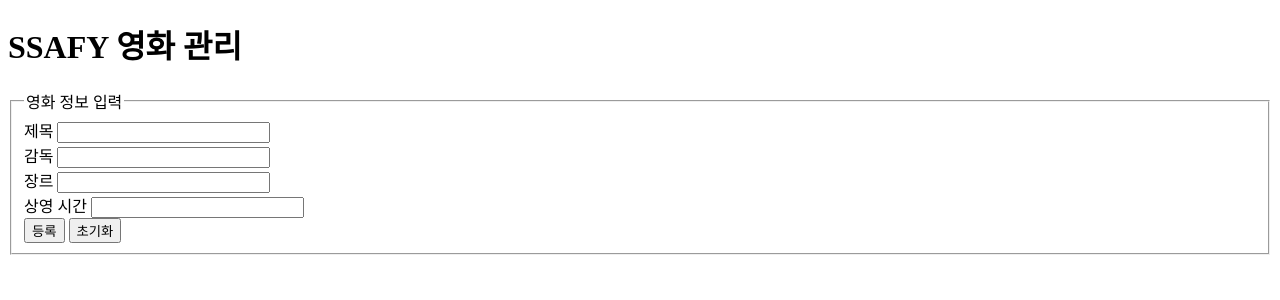
Repository: nkj0901/Personal-Repository
Page: http://localhost/back_db_ws_02_2/regist.jsp
The author's editor kept a copy of each file at every save. The page is drawn from the files as they stood at one save, then again after the next save.
The browser window is 1280 px wide. The pictures show the whole page.
The page is served by Tomcat 9.

Above is the page before, as saved 2022-09-01 07:08:12.

After the next save:
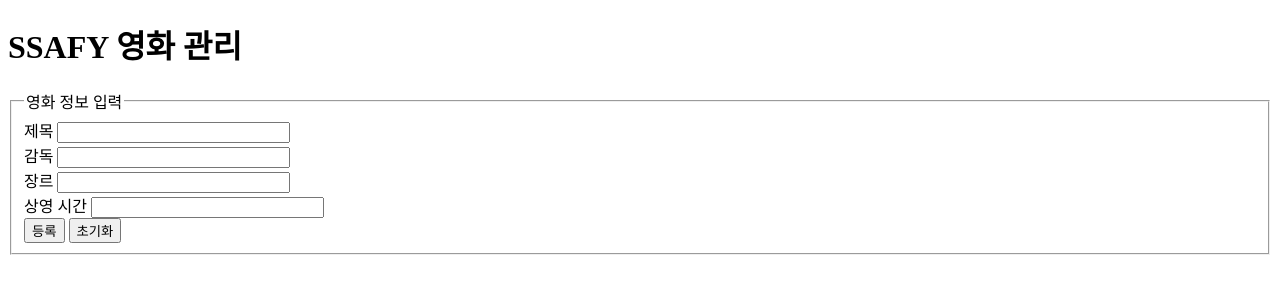
Saved 11 s later.
--- a/SSAFY/서블릿/back_db_ws_02_2/WebContent/regist.jsp
+++ b/SSAFY/서블릿/back_db_ws_02_2/WebContent/regist.jsp
@@ -6,7 +6,7 @@
 <title>영화정보사이트</title>
 <style>
 input {
-padding-left: 30px
+padding-left: 50px
 }
 </style>
 </head>
